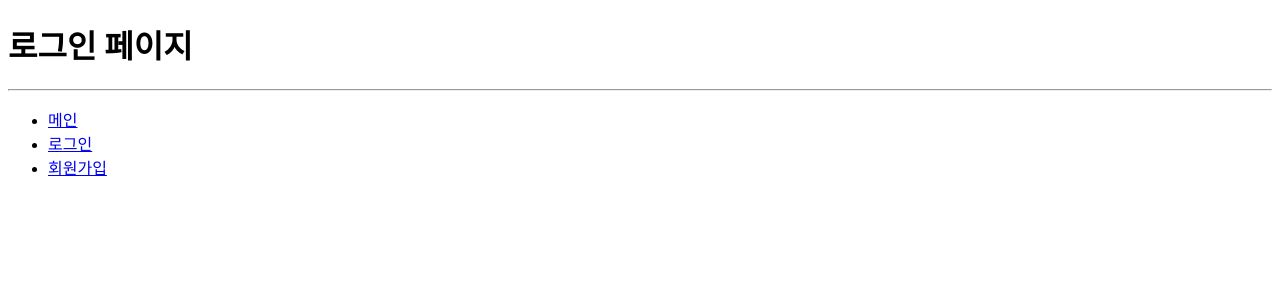
Repository: vhswo/jsp-work
Page: http://localhost/cos/login.jsp
An editor plug-in stored every save of this project. The page is shown before and after the next save, followed by the edit.
The browser window is 1280 px wide. The pictures show the whole page.
The page is served by Tomcat 9. Other server files are loaded and not shown.

Above is the page before, as saved 2020-08-22 02:42:24.

### cos/WebContent/login.jsp
<%@ page language="java" contentType="text/html; charset=UTF-8"
    pageEncoding="UTF-8"%>
<!DOCTYPE html>
<html>
<head>
<meta charset="UTF-8">
<title>로그인 페이지</title>
</head>
<body>
<h1>로그인 페이지</h1>
<hr/>
<ul>
	<li><a href="main.jsp">메인</a></li>
	<li><a href="login.jsp">로그인</a></li>
	<li><a href ="join.jsp">회원가입</a></li>
</ul>
</body>
</html>

After the next save:
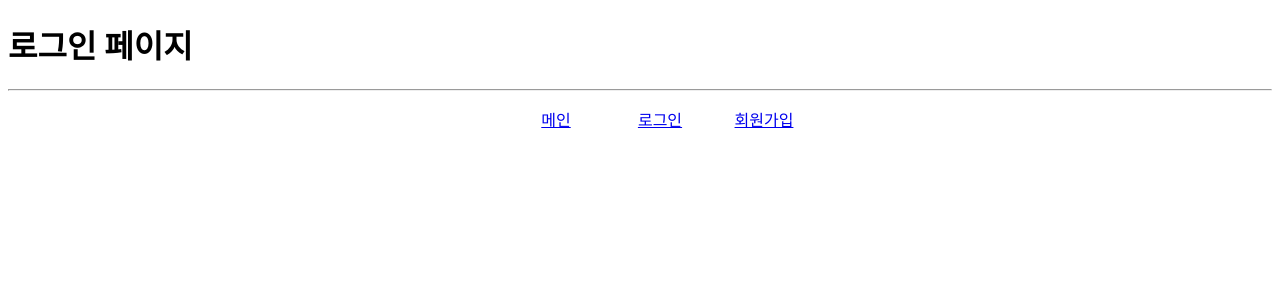
Saved 38 s later.
--- a/cos/WebContent/login.jsp
+++ b/cos/WebContent/login.jsp
@@ -5,6 +5,16 @@
 <head>
 <meta charset="UTF-8">
 <title>로그인 페이지</title>
+<style>
+	ul {
+		text-align: center;
+	}
+
+	li {
+		display: inline-block;
+		width : 100px;
+	}
+</style>
 </head>
 <body>
 <h1>로그인 페이지</h1>
